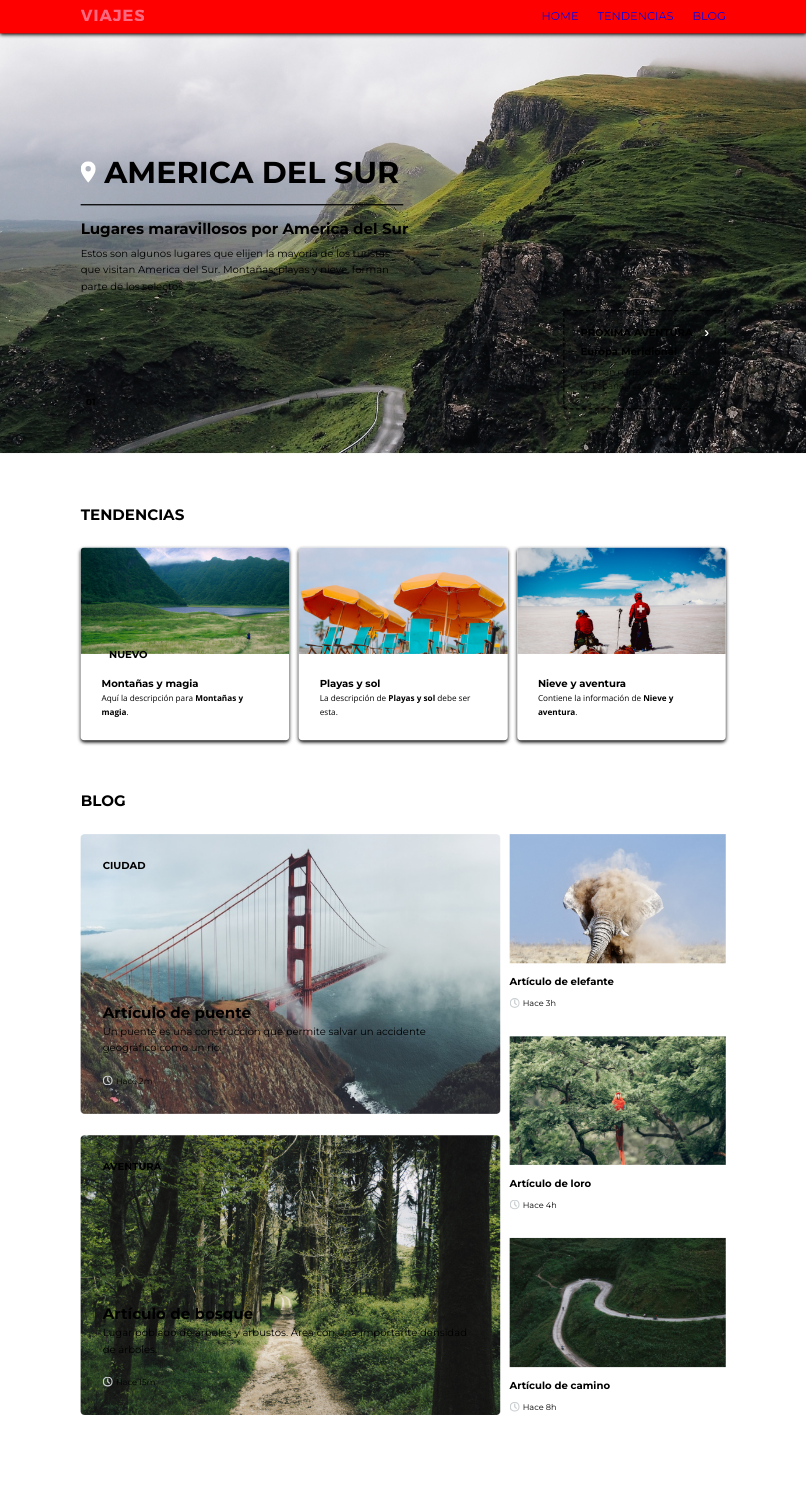
Repository: agustin-mesa/viajes
Page: /
An editor plug-in stored every save of this project. The page is shown before and after the next save, followed by the edit.
The browser window is 1280 px wide. The pictures show the whole page, at 63% of full size.
The project was rebuilt for these pictures with package versions that can differ from the ones it lists, and the page was loaded fresh each time. Also part of the build but not shown: src/components/styles/colors.module.scss.

Above is the page before, as saved 2021-11-14 02:06:37.

After the next save:
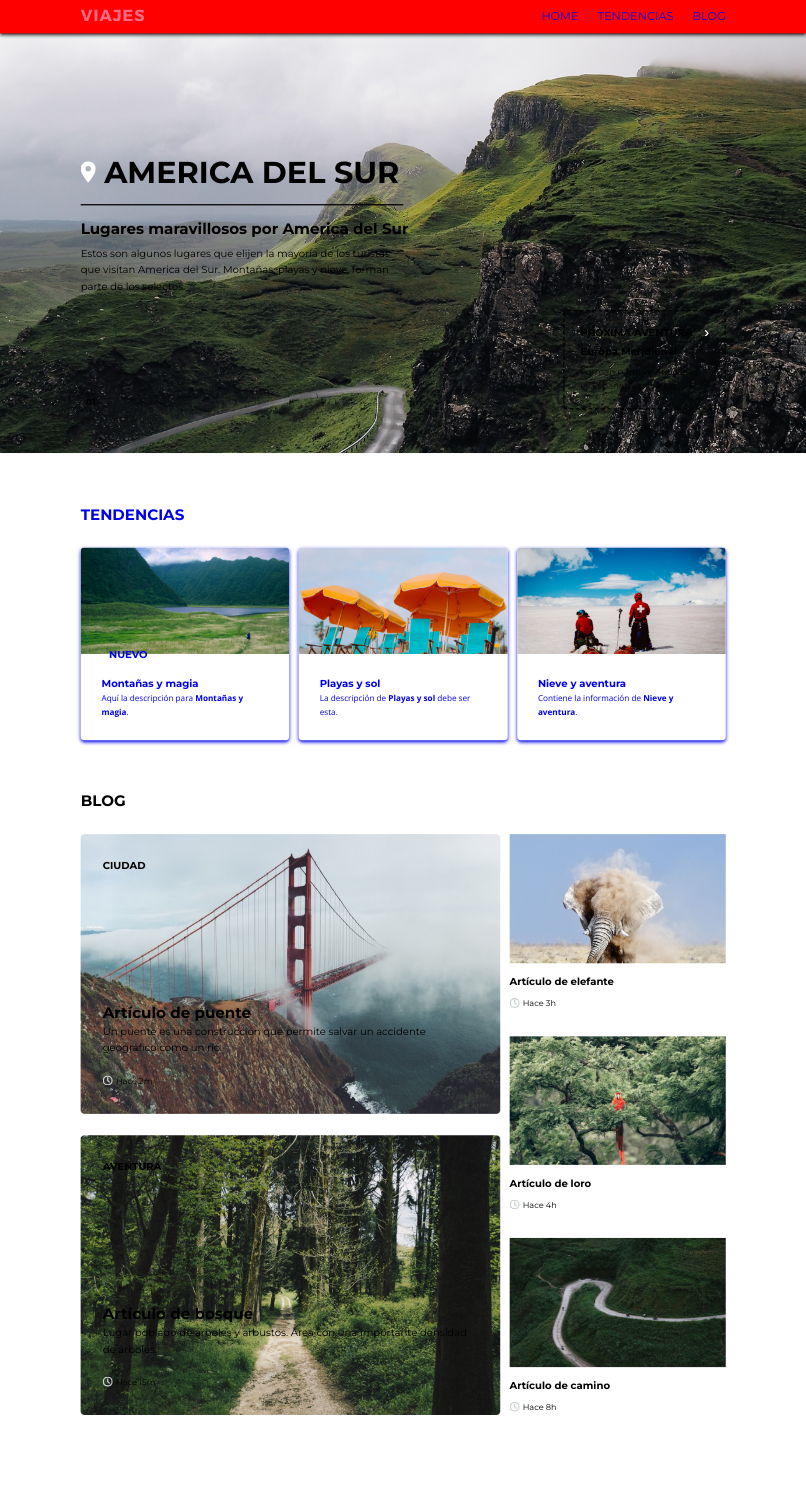
Saved 106 s later.
--- a/src/pages/Tendencias.js
+++ b/src/pages/Tendencias.js
@@ -56,7 +56,7 @@
 
   return (
     <ContainerTendencias id="tendencias">
-      <div className="tendencias">
+      <a href="#" className="tendencias">
         <div className="tendencias__header">
           <H3 color="darkblue">TENDENCIAS</H3>
         </div>
@@ -73,7 +73,7 @@
             );
           })}
         </div>
-      </div>
+      </a>
     </ContainerTendencias>
   );
 };

After the save that followed:
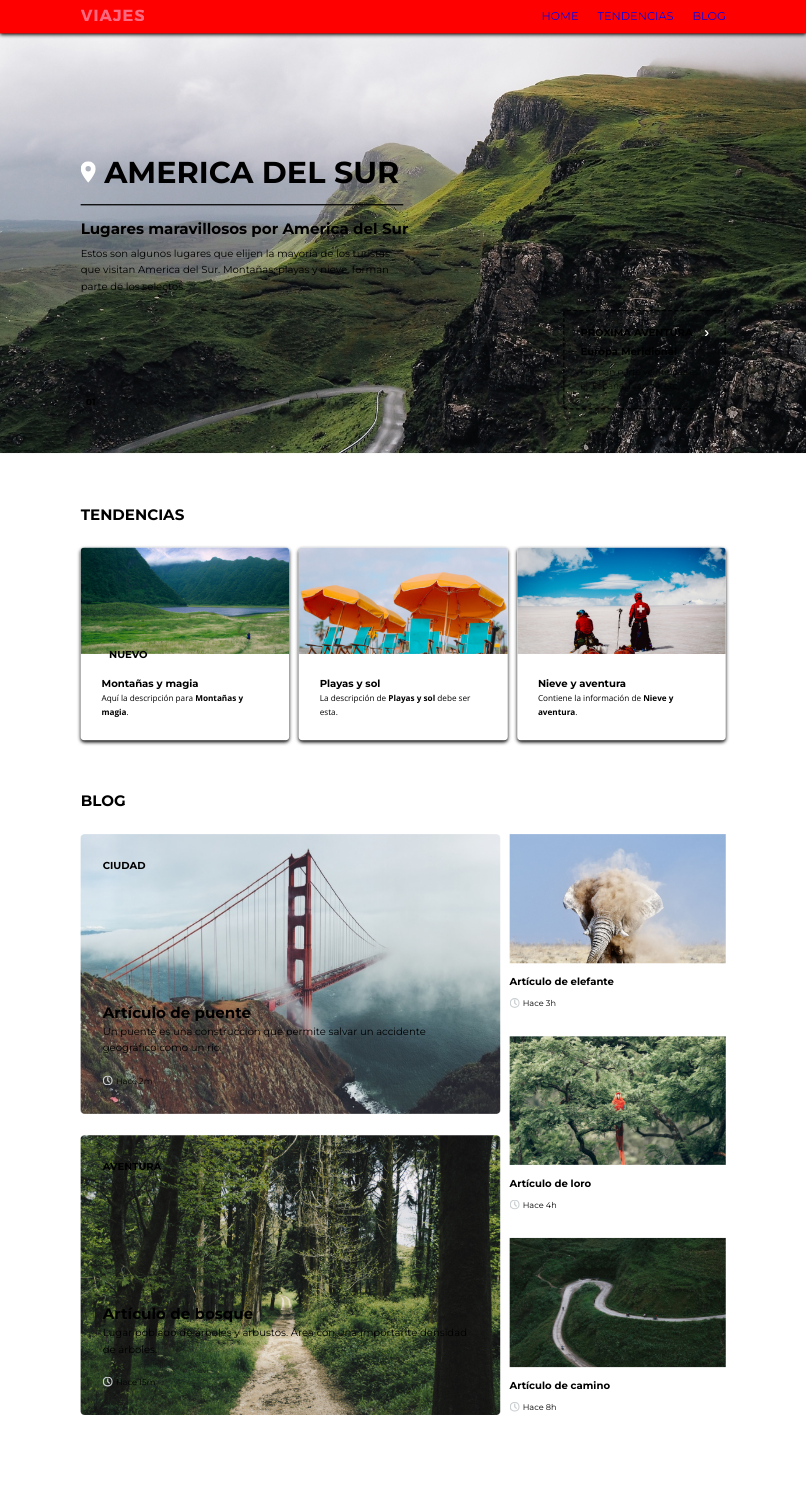
Saved 27 s later.
--- a/src/pages/Tendencias.js
+++ b/src/pages/Tendencias.js
@@ -56,7 +56,7 @@
 
   return (
     <ContainerTendencias id="tendencias">
-      <a href="#" className="tendencias">
+      <div className="tendencias">
         <div className="tendencias__header">
           <H3 color="darkblue">TENDENCIAS</H3>
         </div>
@@ -73,7 +73,7 @@
             );
           })}
         </div>
-      </a>
+      </div>
     </ContainerTendencias>
   );
 };
